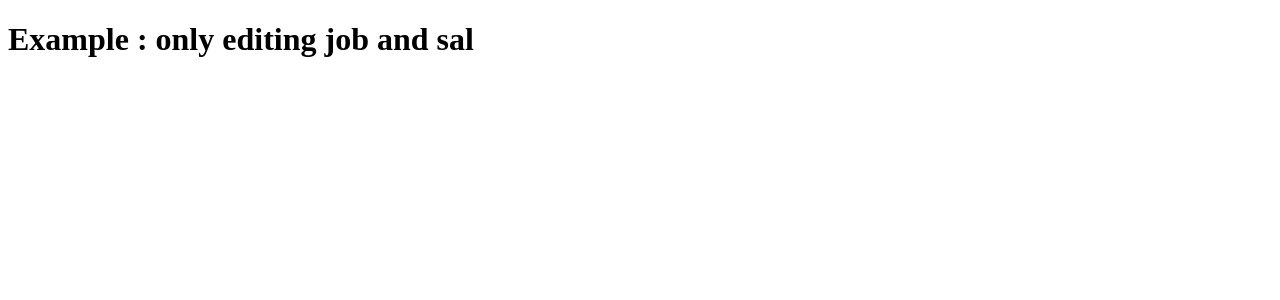
Repository: AchantaTharun/Database-Mastery-Practice
Page: CURD/WebContent/edit.html
The author's editor kept a copy of each file at every save. The page is drawn from the files as they stood at one save, then again after the next save.
The browser window is 1280 px wide. The pictures show the whole page.

Above is the page before, as saved 2019-08-19 12:07:52.

After the next save:
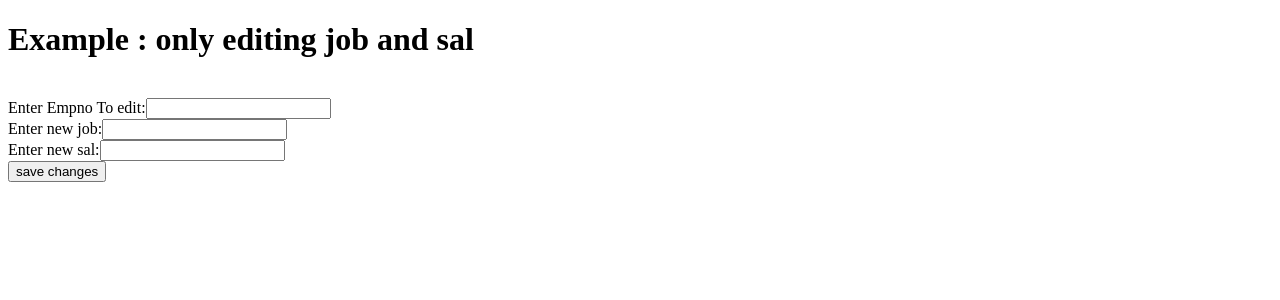
Saved 2 min 8 s later.
--- a/CURD/WebContent/edit.html
+++ b/CURD/WebContent/edit.html
@@ -8,6 +8,11 @@
 <h1>Example : only editing job and sal</h1><br>
 <form action="editEmp" method="post">
 
+Enter Empno To edit:<input type="text" name="empno"><br>
+Enter new job:<input type="text" name="job"><br>
+Enter new sal:<input type="text" name="sal"><br>
+
+<input type="submit" value="save changes"><br>
 
 
 </form>
